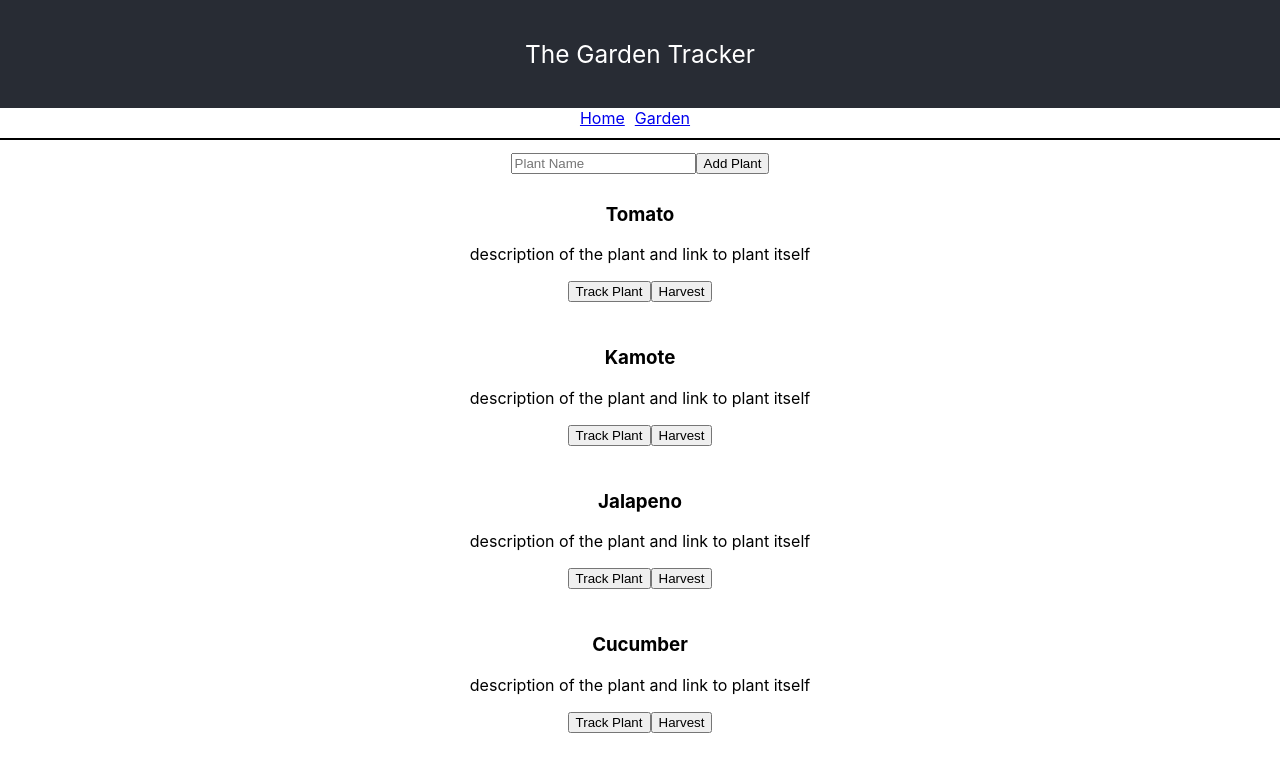
Repository: charliejp0311/gardentracker
Page: /garden
These files come from the project's save history. The page is drawn as it stood at one moment and after the next save; the edit follows.
The browser window is 1280 px wide. The pictures show the whole page.
The project was rebuilt for these pictures with package versions that can differ from the ones it lists, and the page was loaded fresh each time. Also part of the build but not shown: src/components/GardenHome.js, src/components/Harvest.js.

Above is the page before, as saved 2020-10-30 10:01:13.

After the next save:
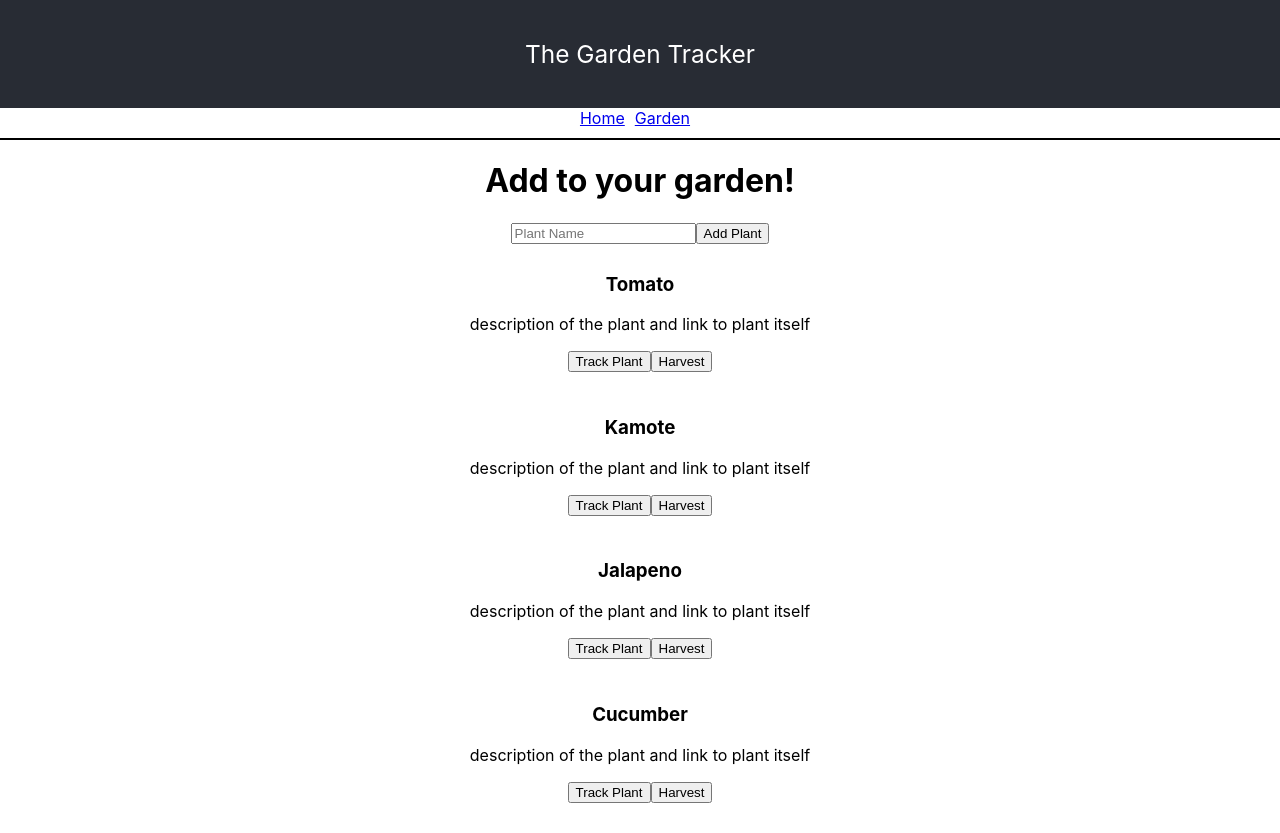
Saved 39 s later.
--- a/src/components/Garden.js
+++ b/src/components/Garden.js
@@ -11,6 +11,7 @@ class Garden extends Component{
         // console.log(this.props)
         return(
             <div className='garden-container' >
+                <h1>Add to your garden!</h1>
                 <CreatePlant />
                 <PlantList plants={this.props.garden.plants} />
                 {/* <Harvest harvest={this.state.harvest} /> */}
